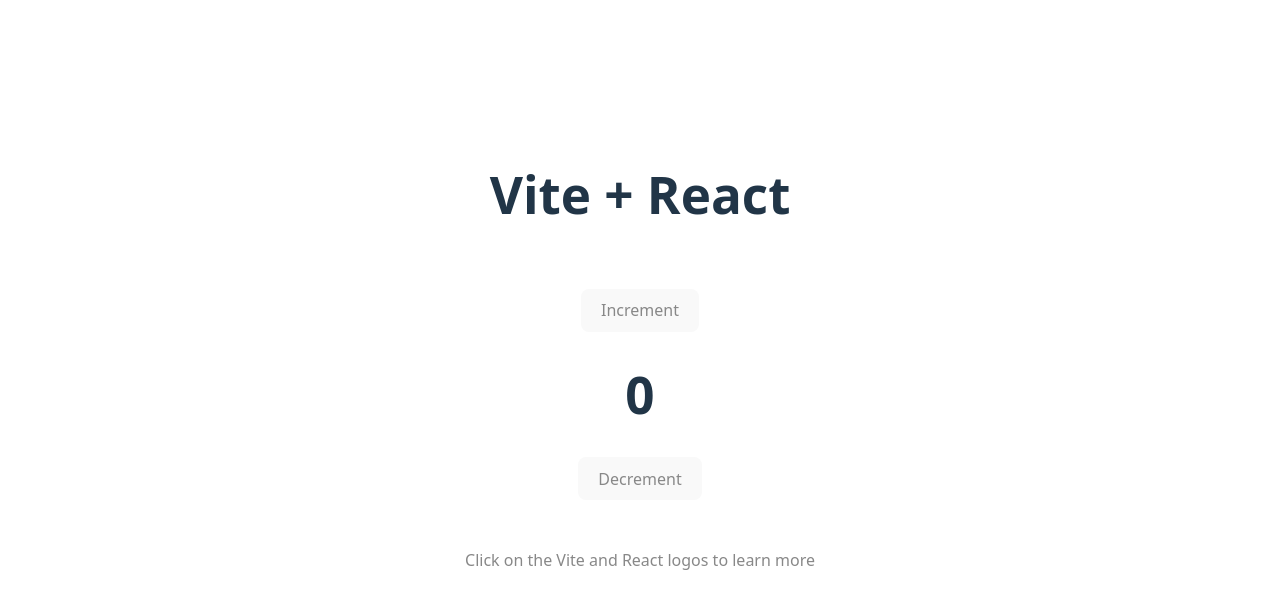
Repository: Mehebul02/coding-test
Page: /
An editor plug-in stored every save of this project. The page is shown before and after a run of saves, followed by the edit.
The browser window is 1280 px wide. The pictures show the whole page.
The project was rebuilt for these pictures with package versions that can differ from the ones it lists, and the page was loaded fresh each time. Also part of the build but not shown: vite.config.ts.

Above is the page before, as saved 2026-02-05 21:55:01.

After the next 8 saves:
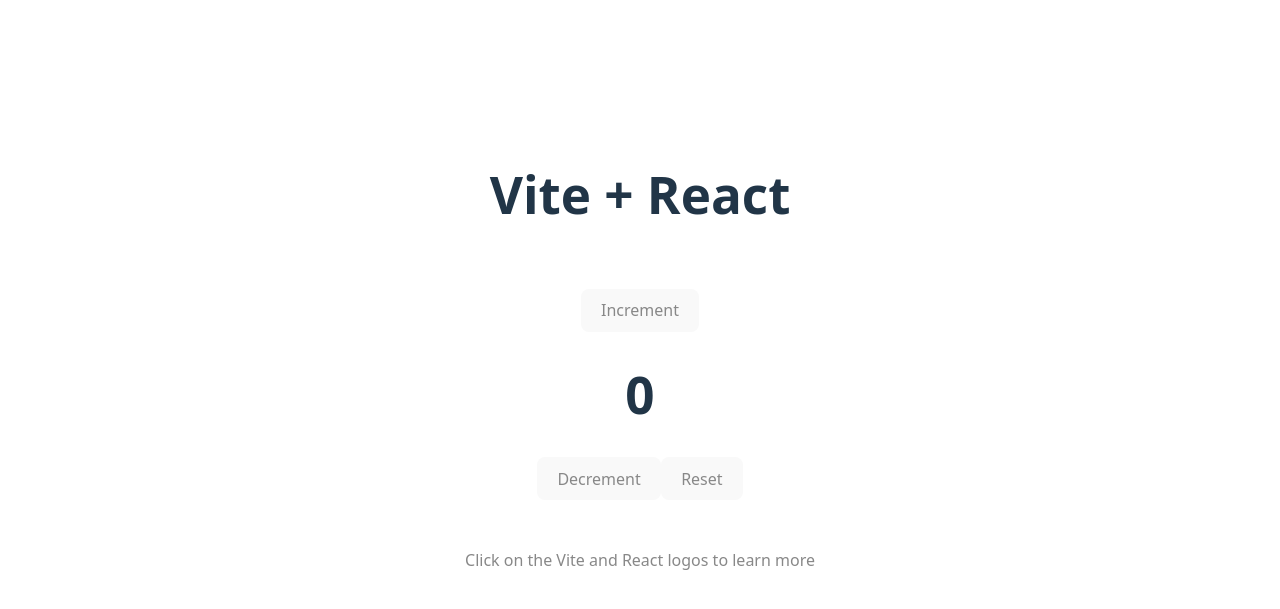
The 8 saves are shown as one change because they came seconds apart.
The last was saved 20 s later.
--- a/src/App.tsx
+++ b/src/App.tsx
@@ -23,6 +23,12 @@
           </span>
         </button>
 
+        <button onClick={handleReset}>
+          <span className="read-the-docs">
+           Reset
+          </span>
+        </button>
+
       </div>
       <p className="read-the-docs">
         Click on the Vite and React logos to learn more
